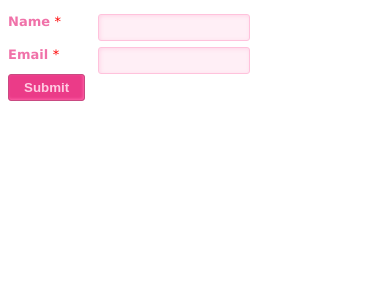
Repository: prm2711/javaapps
Page: http://localhost/ResponsiveApp/
An editor plug-in stored every save of this project. The page is shown before and after the next save, followed by the edit.
The browser window is 375 px wide. The pictures show the whole page.
The page is served by Tomcat 9.

Above is the page before, as saved 2018-01-25 07:40:51.

### eclipse-workspace/ResponsiveApp/WebContent/index.html
<!DOCTYPE html>
<html>
<head>
<meta charset="ISO-8859-1">
<title>Insert title here</title>
<link href="style.css" rel="stylesheet" type="text/css">
</head>
<body>
	<div class="form-style-3">
		<form>
			<div class="row">
				<div class="col-25">
					<label for="field1"><span>Name <span
							class="required">*</span></span></label>
				</div>
				<div class="col-75">
					<input type="text" class="input-field" name="field1" value="" />
				</div>
			</div>

			<div class="row">
				<div class="col-25">
					<label for="field2"><span>Email <span
							class="required">*</span></span></label>
				</div>
				<div class="col-75">
					<input type="email" class="input-field" name="field2" value="" />

				</div>
			</div>
			<div class="row">
				<input type="submit" value="Submit" />
			</div>
		</form>
	</div>
</body>
</html>

### eclipse-workspace/ResponsiveApp/WebContent/style.css
@charset "ISO-8859-1";
.form-style-3{
    max-width: 450px;
    font-family: "Lucida Sans Unicode", "Lucida Grande", sans-serif;
}
.form-style-3 label{
    display:block;
    margin-bottom: 10px;
}
.form-style-3 label > span{
    float: left;
    width: 100px;
    color: #F072A9;
    font-weight: bold;
    font-size: 13px;
    text-shadow: 1px 1px 1px #fff;
}
.form-style-3 fieldset{
    border-radius: 10px;
    -webkit-border-radius: 10px;
    -moz-border-radius: 10px;
    margin: 0px 0px 10px 0px;
    border: 1px solid #FFD2D2;
    padding: 20px;
    background: #FFF4F4;
    box-shadow: inset 0px 0px 15px #FFE5E5;
    -moz-box-shadow: inset 0px 0px 15px #FFE5E5;
    -webkit-box-shadow: inset 0px 0px 15px #FFE5E5;
}
.form-style-3 fieldset legend{
    color: #FFA0C9;
    border-top: 1px solid #FFD2D2;
    border-left: 1px solid #FFD2D2;
    border-right: 1px solid #FFD2D2;
    border-radius: 5px 5px 0px 0px;
    -webkit-border-radius: 5px 5px 0px 0px;
    -moz-border-radius: 5px 5px 0px 0px;
    background: #FFF4F4;
    padding: 0px 8px 3px 8px;
    box-shadow: -0px -1px 2px #F1F1F1;
    -moz-box-shadow:-0px -1px 2px #F1F1F1;
    -webkit-box-shadow:-0px -1px 2px #F1F1F1;
    font-weight: normal;
    font-size: 12px;
}
.form-style-3 textarea{
    width:250px;
    height:100px;
}
.form-style-3 input[type=text],
.form-style-3 input[type=date],
.form-style-3 input[type=datetime],
.form-style-3 input[type=number],
.form-style-3 input[type=search],
.form-style-3 input[type=time],
.form-style-3 input[type=url],
.form-style-3 input[type=email],
.form-style-3 select,
.form-style-3 textarea{
    border-radius: 3px;
    -webkit-border-radius: 3px;
    -moz-border-radius: 3px;
    border: 1px solid #FFC2DC;
    outline: none;
    color: #F072A9;
    padding: 5px 8px 5px 8px;
    box-shadow: inset 1px 1px 4px #FFD5E7;
    -moz-box-shadow: inset 1px 1px 4px #FFD5E7;
    -webkit-box-shadow: inset 1px 1px 4px #FFD5E7;
    background: #FFEFF6;
    width:50%;
}
.form-style-3  input[type=submit],
.form-style-3  input[type=button]{
    background: #EB3B88;
    border: 1px solid #C94A81;
    padding: 5px 15px 5px 15px;
    color: #FFCBE2;
    box-shadow: inset -1px -1px 3px #FF62A7;
    -moz-box-shadow: inset -1px -1px 3px #FF62A7;
    -webkit-box-shadow: inset -1px -1px 3px #FF62A7;
    border-radius: 3px;
    border-radius: 3px;
    -webkit-border-radius: 3px;
    -moz-border-radius: 3px;
    font-weight: bold;
}
.required{
    color:red;
    font-weight:normal;
}

.col-25 {
    float: left;
    width: 25%;
    margin-top: 6px;
}

.col-75 {
    float: left;
    width: 75%;
    margin-top: 6px;
}

/* Clear floats after the columns */
.row:after {
    content: "";
    display: table;
    clear: both;
}

After the next save:
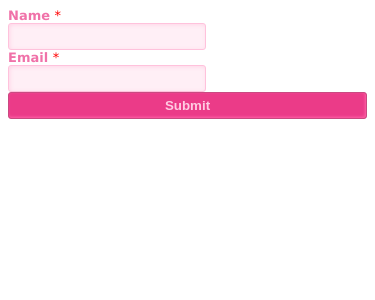
Saved 22 s later.
--- a/eclipse-workspace/ResponsiveApp/WebContent/style.css
+++ b/eclipse-workspace/ResponsiveApp/WebContent/style.css
@@ -108,3 +108,10 @@
     display: table;
     clear: both;
 }
+
+@media (max-width: 600px) {
+    .col-25, .col-75, input[type=submit] {
+        width: 100%;
+        margin-top: 0;
+    }
+}
